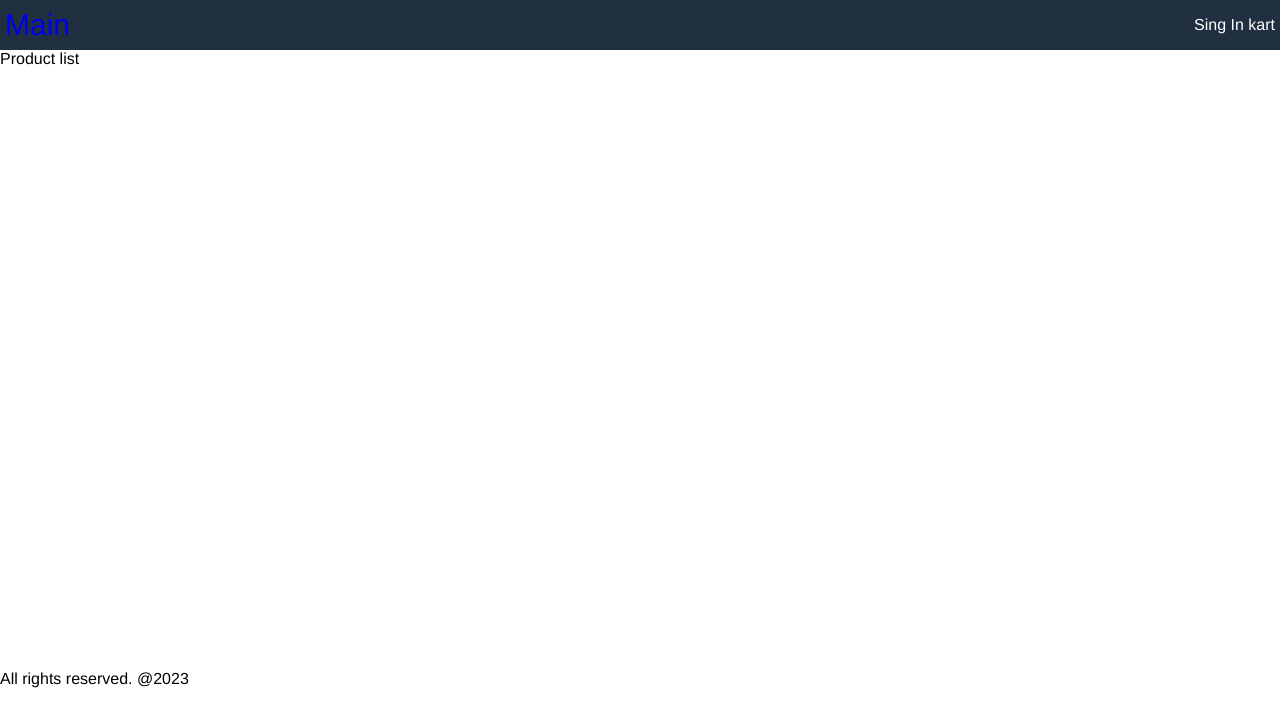
Repository: mvbri/Javascript-ecommerce
Page: frontend/src/index.html
These files come from the project's save history. The page is drawn as it stood at one moment and after the next save; the edit follows.
The browser window is 1280 px wide. The pictures show the whole page.

Above is the page before, as saved 2023-07-02 19:04:33.

### frontend/src/index.html
<!DOCTYPE html>
<html lang="en">
	<head>
		<meta charset="UTF-8" />
		<meta http-equiv="X-UA-Compatible" content="IE=edge" />
		<meta name="viewport" content="width=device-width, initial-scale=1.0" />
		<title>JavaScript ECommerce Website</title>
		<link rel="stylesheet" href="style.css" />
	</head>
	<body>
		<div class="grid-container">
			<header class="header">
				<div>
					<a class="brand-link" href="/#/">Main</a>
				</div>
				<div>
					<a class="link" href="/#/singin">Sing In</a>
					<a class="link" href="/#/kart">kart</a>
				</div>
			</header>
			<main class="main">Product list</main>
			<footer class="footer">All rights reserved. @2023</footer>
		</div>
	</body>
</html>

### frontend/src/style.css
* {
    box-sizing: border-box;
    margin: 0;
    padding: 0;
}

html {
    font-size: 62.5%; /* 16px * 62.5 = 10px = 1rem */
}

body {
    height: 100vh;
    font-family: Helvetica, Arial;
    font-size: 1.6rem;
}

a {
    text-decoration: none;
}

.grid-container {
    display: grid;
    grid-template-areas:
    "header"
    "main"
    "footer"
    ;
    grid-template-columns: 1fr;
    grid-template-rows: 5rem 1fr 5rem;
    height: 100%;
}

.header {
    grid-area: header;
    background-color: #203040;
    color: #fff;
    display: flex;
    justify-content: space-between;
    align-items: center;
    padding: 0.5rem;
}

.link {
    color: #fff;
}

.link:hover {
    color: #f08040;
}

.brand-link {
    font-size: 3rem;
}

.main {
    grid-area: main;
}

.footer {
    grid-area: footer;
}

After the next save:
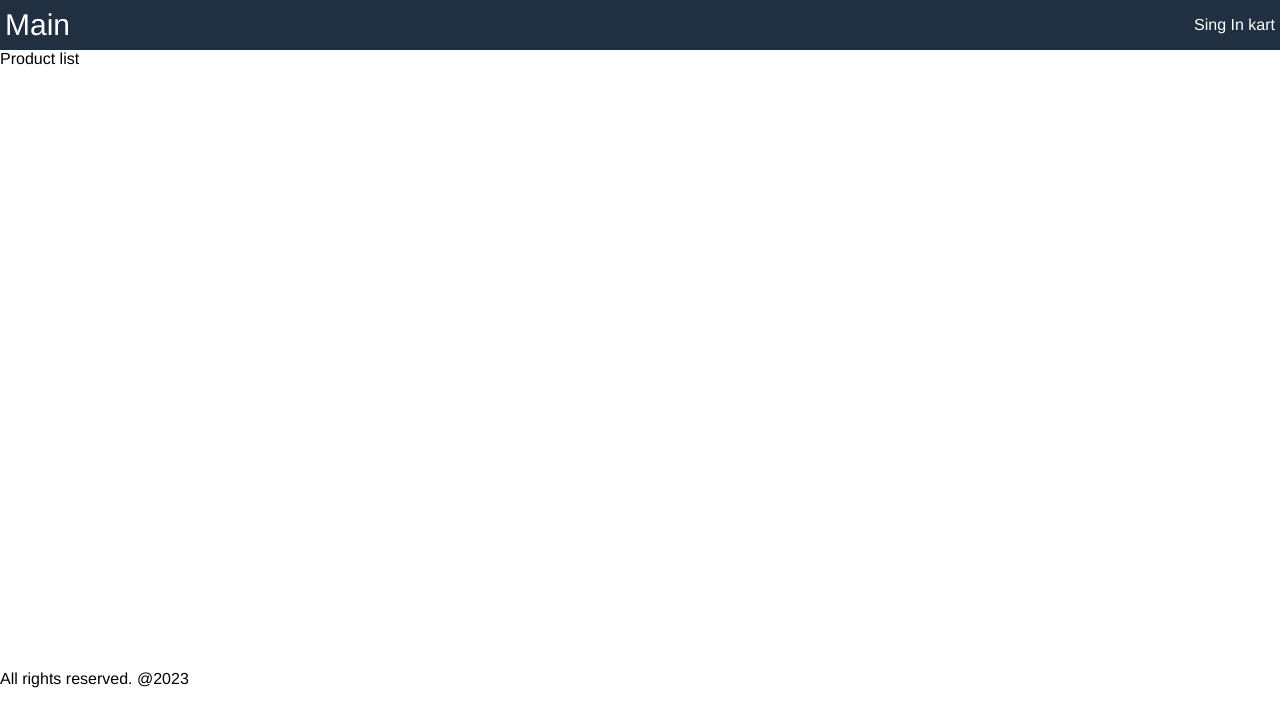
Saved 30 s later.
--- a/frontend/src/index.html
+++ b/frontend/src/index.html
@@ -11,7 +11,7 @@
 		<div class="grid-container">
 			<header class="header">
 				<div>
-					<a class="brand-link" href="/#/">Main</a>
+					<a class="link brand-link" href="/#/">Main</a>
 				</div>
 				<div>
 					<a class="link" href="/#/singin">Sing In</a>
